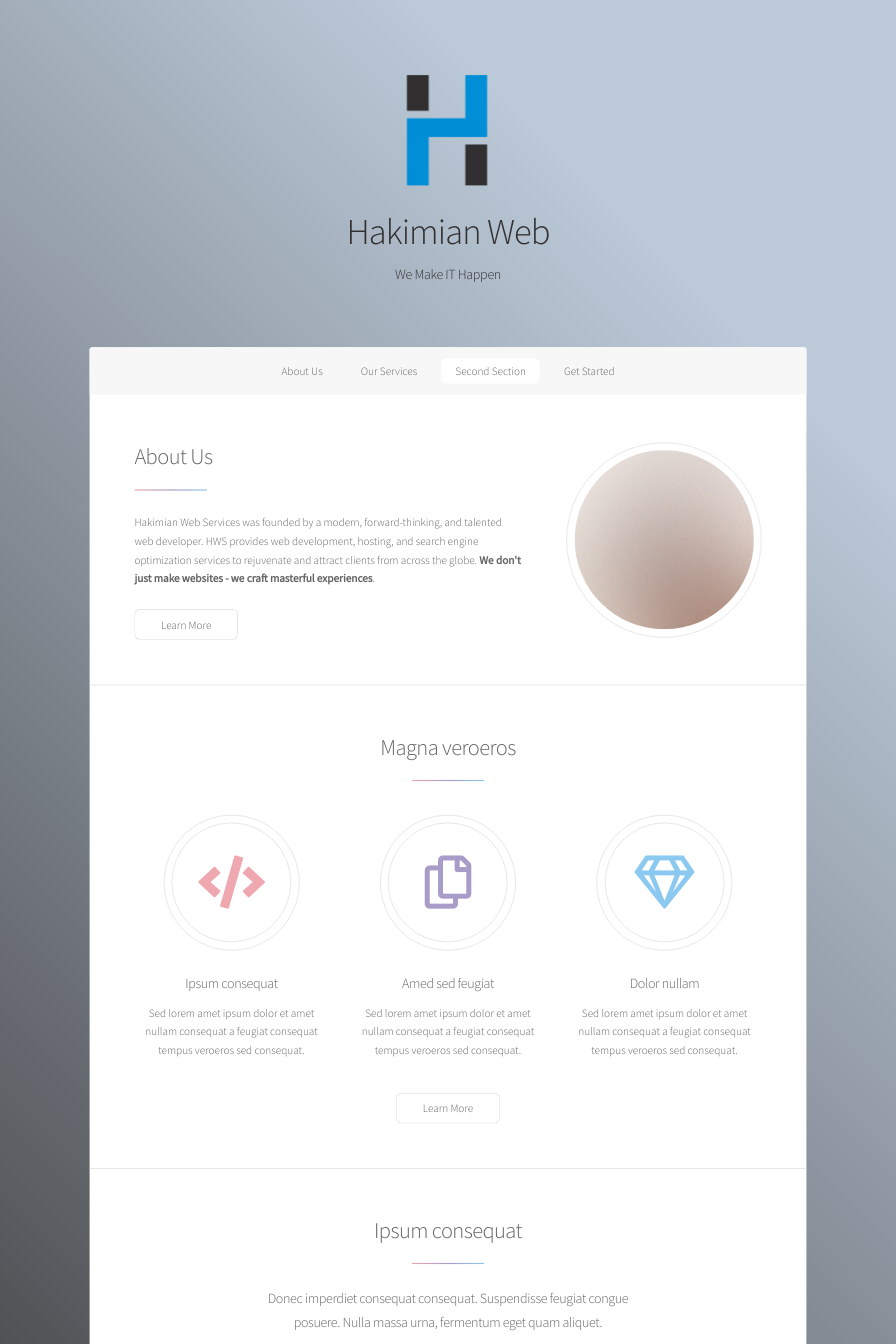
Repository: AidanHak/hakimianweb
Page: index.html
The author's editor kept a copy of each file at every save. The page is drawn from the files as they stood at one save, then again after the next save.
The browser window is 1280 px wide. The pictures show the part of the page from y = 0 to 1920 px (the page is 3348 px tall), at 70% of full size.

Above is the page before, as saved 2022-03-12 21:10:40.

After the next save:
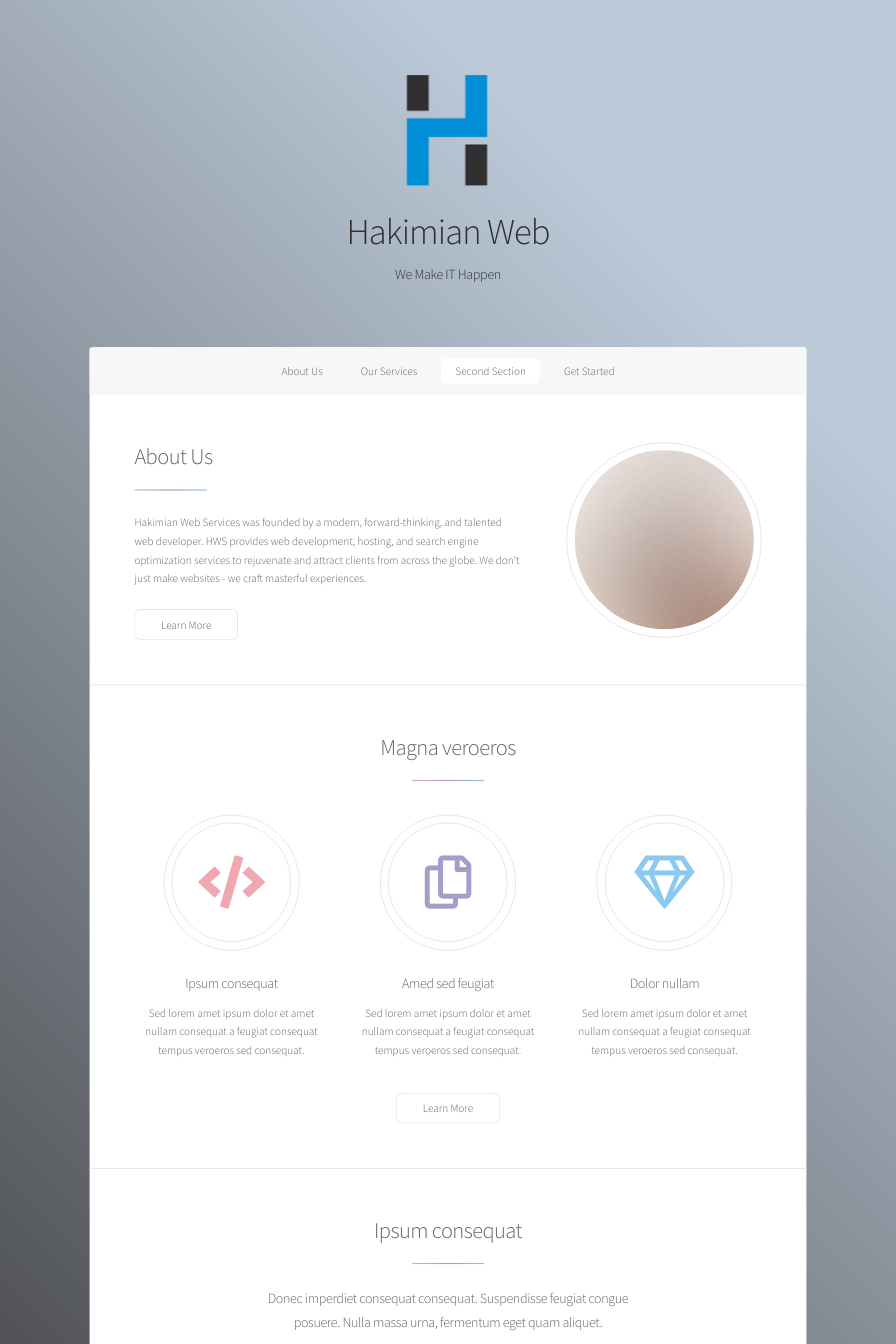
Saved 18 s later.
--- a/index.html
+++ b/index.html
@@ -72,7 +72,7 @@
 										<header class="major">
 											<h2>About Us</h2>
 										</header>
-										<p>Hakimian Web Services was founded by a modern, forward-thinking, and talented web developer. HWS provides web development, hosting, and search engine optimization services to rejuvenate and attract clients from across the globe. <span class="bold">We don't just make websites - we craft masterful experiences</span>.</p>
+										<p>Hakimian Web Services was founded by a modern, forward-thinking, and talented web developer. HWS provides web development, hosting, and search engine optimization services to rejuvenate and attract clients from across the globe. <span class="italic">We don't just make websites - we craft masterful experiences</span>.</p>
 										<ul class="actions">
 											<li><a href="generic.html" class="button">Learn More</a></li>
 										</ul>
